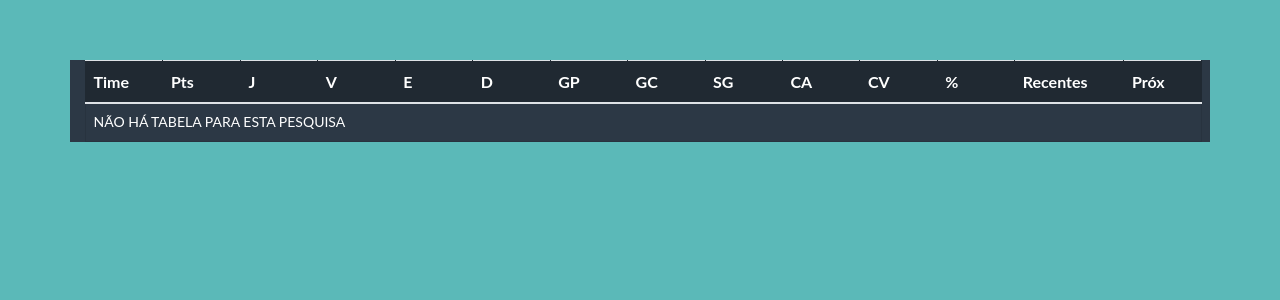
Repository: danielvieira7/campeonato-brasileiro-embed
Page: index.html
These files come from the project's save history. The page is drawn as it stood at one moment and after the next save; the edit follows.
The browser window is 1280 px wide. The pictures show the whole page.
The page's requests for data from a server got no answer. Some web libraries are served in a nearby version.

Above is the page before, as saved 2021-02-12 00:20:42.

### index.html
<!doctype html>
<html lang="en">
<head>
    <title>Tabela do Campeonato Brasileiro</title>
    <!-- Required meta tags -->
    <meta charset="utf-8">
    <meta name="viewport" content="width=device-width, initial-scale=1, shrink-to-fit=no">

    <!-- Bootstrap CSS -->
    <link rel="stylesheet" href="https://stackpath.bootstrapcdn.com/bootstrap/4.3.1/css/bootstrap.min.css" integrity="sha384-ggOyR0iXCbMQv3Xipma34MD+dH/1fQ784/j6cY/iJTQUOhcWr7x9JvoRxT2MZw1T" crossorigin="anonymous">
    <!-- <link rel="stylesheet" href="//cdn.datatables.net/1.10.23/css/jquery.dataTables.min.css"> -->
    <link rel="stylesheet" href="style-dark-theme.css">
</head>
<body>

    <div class="container">
        <table class="table" id="tabela-campeonato-brasileiro">
            <thead>
                <tr>
                    <th>Time</th>
                    <th>Pts</th>
                    <th>J</th>
                    <th>V</th>
                    <th>E</th>
                    <th>D</th>
                    <th>GP</th>
                    <th>GC</th>
                    <th>SG</th>
                    <th>CA</th>
                    <th>CV</th>
                    <th>%</th>
                    <th>Recentes</th>
                    <th>Próx</th>
                </tr>
            </thead>
            <tbody>
                <tr>
                    <td scope="row"></td>
                    <td></td>
                    <td></td>
                    <td></td>
                    <td></td>
                    <td></td>
                    <td></td>
                    <td></td>
                    <td></td>
                    <td></td>
                    <td></td>
                    <td></td>
                    <td></td>
                    <td></td>
                </tr>
            </tbody>
        </table>
    </div>

    <!-- Optional JavaScript -->
    <!-- jQuery first, then Popper.js, then Bootstrap JS -->
    <script src='https://cdnjs.cloudflare.com/ajax/libs/jquery/3.5.1/jquery.min.js' integrity='sha512-bLT0Qm9VnAYZDflyKcBaQ2gg0hSYNQrJ8RilYldYQ1FxQYoCLtUjuuRuZo+fjqhx/qtq/1itJ0C2ejDxltZVFg==' crossorigin='anonymous'></script>

    <script src="https://cdnjs.cloudflare.com/ajax/libs/popper.js/1.14.7/umd/popper.min.js" integrity="sha384-UO2eT0CpHqdSJQ6hJty5KVphtPhzWj9WO1clHTMGa3JDZwrnQq4sF86dIHNDz0W1" crossorigin="anonymous"></script>
    <script src="https://stackpath.bootstrapcdn.com/bootstrap/4.3.1/js/bootstrap.min.js" integrity="sha384-JjSmVgyd0p3pXB1rRibZUAYoIIy6OrQ6VrjIEaFf/nJGzIxFDsf4x0xIM+B07jRM" crossorigin="anonymous"></script>
    <script src="//cdn.datatables.net/1.10.23/js/jquery.dataTables.min.js"></script>
    <script src="app.js"></script>
</body>
</html>

### style-dark-theme.css
/* CSS by: https://codepen.io/hbuchel/pen/sFefL */
* {
    box-sizing: border-box;
}

html.open, body.open {
    height: 100%;
    overflow: hidden;
}

html {
    padding: 40px;
    font-size: 62.5%;
}

body {
    padding: 20px;
    background-color: #5BB9B8;
    line-height: 1.6;
    -webkit-font-smoothing: antialiased;
    color: #fff;
    font-size: 1.6rem;
    font-family: 'Lato', sans-serif;
}

.container {
    background-color: #2C3845;
}

table {
    display: block;
}

tr, td, tbody, tfoot {
    display: block;
}

thead {
    display: none;
}

tr {
    padding-bottom: 10px;
}

td {
    color: #fff;
    text-transform: uppercase;
    font-size: 1.4rem;
    display: block;
    text-align: center;
}

table {
    width: 100%;
}

th {
    text-align: left;
    font-weight: 700;
}

thead th {
    background-color: #202932;
    color: #fff;
    border: 1px solid #202932;
}

tfoot th {
    display: block;
    text-align: center;
    color: #b8c4d2;
}

@media (min-width: 460px) {
    td {
        text-align: left;
    }
    td:before {
        display: inline-block;
        text-align: right;
        width: 140px;
    }

    .select {
        padding-left: 160px;
    }
}
@media (min-width: 720px) {
    table {
        display: table;
    }

    tr {
        display: table-row;
    }

    td, th {
        display: table-cell;
    }

    tbody {
        display: table-row-group;
    }

    thead {
        display: table-header-group;
    }

    tfoot {
        display: table-footer-group;
    }

    td {
        border: 1px solid #28333f;
    }
    td:before {
        display: none;
    }

    td, th {
        padding: 10px;
    }

    tr:nth-child(2n+2) td {
        background-color: #242e39;
    }

    tfoot th {
        display: table-cell;
    }
}

### app.js
var tabelaCampeonatoBrasileiro

$(function () {


    var options = {
        "searching": false,
        "paging": false,
        "info": false,
        "ajax": "https://danielvieira7.github.io/campeonato-brasileiro-json-api/campeonato-brasileiro.json",
        // "ajax": "json.json",
        "dom": '<"top"if>rt<"bottom"><"clear">',
        "language": { "emptyTable": "Não há tabela para esta pesquisa",
            "sInfo": "Exibindo um total de _TOTAL_ times.",
            "sInfoEmpty": "",
            "search": "Pesquisar: ",
            "infoFiltered": "",
            "sZeroRecords": "Não há tabela para esta pesquisa",},
        columns: [
            {"data": "nome"},
            {"data": "pontos"},
            {"data": "jogos"},
            {"data": "vitorias"},
            {"data": "empates"},
            {"data": "derrotas"},
            {"data": "gols_pro"},
            {"data": "gols_contra"},
            {"data": "saldo_gols"},
            {"data": "cartoes_amarelo"},
            {"data": "cartoes_vermelhos"},
            {"data": "aproveitamento"},
            {"data": "recentes"},
            {"data": "proximo_adversario"},
        ],
        columnDefs:[
            { "targets": 0, "width": "5%", "className": "dt-center"},
            { "targets": 1, "width": "5%", "className": "dt-center"},
            { "targets": 2, "width": "5%", "className": "dt-center"},
            { "targets": 3, "width": "5%", "className": "dt-center"},
            { "targets": 4, "width": "5%", "className": "dt-center"},
            { "targets": 5, "width": "5%", "className": "dt-center"},
            { "targets": 6, "width": "5%", "className": "dt-center"},
            { "targets": 7, "width": "5%", "className": "dt-center"},
            { "targets": 8, "width": "5%", "className": "dt-center"},
            { "targets": 9, "width": "5%", "className": "dt-center"},
            { "targets": 10, "width": "5%", "className": "dt-center"},
            { "targets": 11, "width": "5%", "className": "dt-center"},
            { "targets": 12, "width": "5%", "className": "dt-center"},
            { "targets": 13, "width": "5%", "className": "dt-center"},
        ],
        "order": [[ 1, "desc" ]],
        "pageLength": 25
    }

    tabelaCampeonatoBrasileiro = $("#tabela-campeonato-brasileiro").DataTable(options)

})

After the next save:
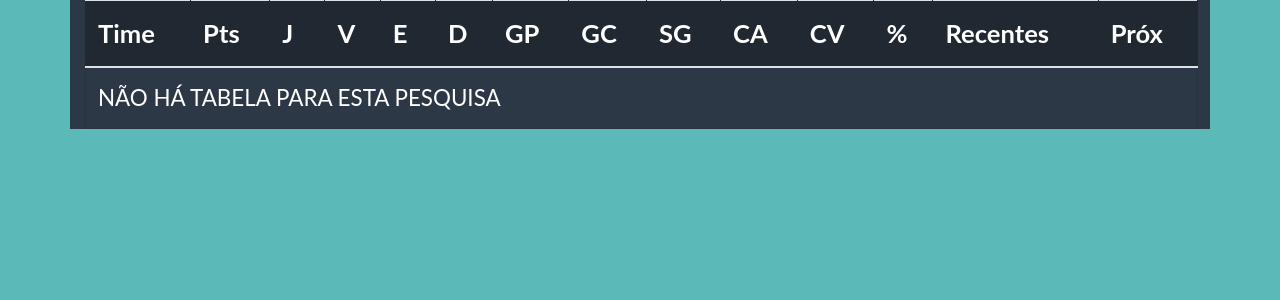
Saved 45 s later.
--- a/style-dark-theme.css
+++ b/style-dark-theme.css
@@ -9,12 +9,9 @@ html.open, body.open {
 }
 
 html {
-    padding: 40px;
-    font-size: 62.5%;
 }
 
 body {
-    padding: 20px;
     background-color: #5BB9B8;
     line-height: 1.6;
     -webkit-font-smoothing: antialiased;
